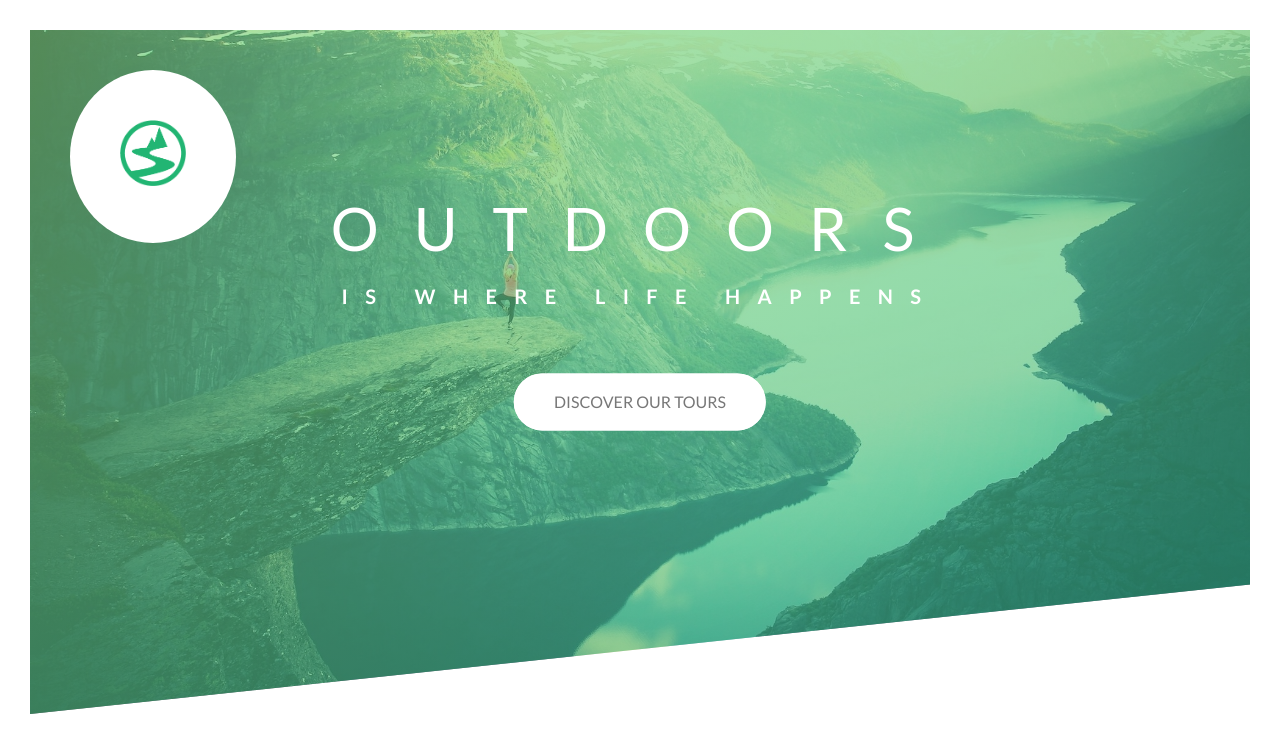
Repository: mukiSabljakovic/NatoursV1
Page: index.html
An editor plug-in stored every save of this project. The page is shown before and after a run of saves, followed by the edit.
The browser window is 1280 px wide. The pictures show the whole page.
Some web libraries are served in a nearby version.

Above is the page before, as saved 2020-05-11 16:28:40.

### index.html
<!DOCTYPE html>
<html lang="en">
    <head>
        <meta charset="UTF-8">
        <meta name="viewport" content="width=device-width, initial-scale=1.0">

        <link href="https://fonts.googleapis.com/css?family=Lato:100,300,400,700,900" rel="stylesheet">

        <link rel="stylesheet" href="https://use.fontawesome.com/releases/v5.13.0/css/all.css" integrity="sha384-Bfad6CLCknfcloXFOyFnlgtENryhrpZCe29RTifKEixXQZ38WheV+i/6YWSzkz3V" crossorigin="anonymous">
        <link rel="stylesheet" href="style.css">
        <link rel="stylesheet" href="css/style.css">
        <link rel="shortcut icon" type="image/png" href="img/favicon.png">

        <title>Natours | Exciting tours for adventurous people</title>
    </head>
    <body>
       <header class="header">
           <div class="logo-box">
               <img class="logo" src="img/logo.png" alt="Natours Logo">
           </div>

           <div class="text-box">
               <h1 class="heading-primary">
                   <span class="heading-primary-main">Outdoors</span>
                   <span class="heading-primary-sub">is where life happens</span>
               </h1>
               <a href="#" class="btn btn-white btn-animated">Discover our tours</a>
           </div>

       </header>

    </body>
</html>

### css/style.css
@import url('https://fonts.googleapis.com/css2?family=Lato:wght@300;400;900&display=swap');

/*
COLORS:

Light green: #7ed56f
Medium green: #55c57a
Dark green: #28b485

*/

/* Basic Reset */


* {
    margin: 0;
    padding: 0;
    box-sizing: border-box;
}

body {
    font-family: 'Lato', sans-serif;
    font-weight: 400;
    font-size: 16px;
    line-height: 1.7;
    color: #777;
    padding: 1.875rem;
}

.header {
    height: 95vh;
    background-image: linear-gradient(
        to right bottom,
        rgba(126, 213, 111, .6),
        rgba(40, 180, 133, .6)),
        url(../img/hero.jpg);
    background-size: cover;
    background-position: top;

    clip-path: polygon(0 0, 100% 0, 100% 77vh, 0 100%);
    position: relative;
}

.logo-box {
    position: absolute;
    top: 40px;
    left: 40px;
    background: white;
    border-radius: 100%;
    padding: 50px;
}

.logo {
    height: 66px;

}

.text-box {
    position: absolute;
    top: 40%;
    left: 50%;
    transform: translate(-50%, -50%);
    text-align: center;
}

.heading-primary {
    color: #fff;
    text-transform: uppercase;

    /* Fix animation shaking */
    backface-visibility: hidden;
    margin-bottom: 60px;
}

.heading-primary-main {
    display: block;
    font-size: 3.75rem;
    font-weight: 400;
    letter-spacing: 2.1875rem;

    animation-name: moveInLeft;
    animation-duration: 1s;
    animation-timing-function: ease-out;
}

.heading-primary-sub {
    display: block;
    font-size: 1.25rem;
    font-weight: 700;
    letter-spacing: 1.0875rem;

    animation: moveInRight 1s ease-out;
}

@keyframes moveInLeft {
    0% {
        opacity: 0;
        transform: translateX(-100%);
    }

    80% {
        transform: translateX(10px);
    }

    100% {
        opacity: 1;
        trannsform: translate(0);
    }
}

@keyframes moveInRight {
    0% {
        opacity: 0;
        transform: translateX(100%);
    }

    80% {
        transform: translateX(-10px);
    }

    100% {
        opacity: 1;
        transform: translate(0);
    }
}

@keyframes moveInBottom {
    0% {
        opacity: 0;
        transform: translateY(-30px);
    }

    100% {
        opacity: 1;
        transform: translate(0);
    }
}

.btn:link,
.btn:visited {
    text-transform: uppercase;
    text-decoration: none;
    padding: 15px 40px;
    display: inline-block;
    border-radius: 100px;
    transition: all .2s;
}

.btn:hover {
    transform: translateY(-3px);
    box-shadow: 0 10px 20px rgba(0, 0, 0, .2);
}

.btn:active {
    transform: translateY(-1px);
    box-shadow: 0 10px 10px rgba(0, 0, 0, .2);
}

.btn-white {
    background-color: #fff;
    color: #777;
    position: relative;
}

.btn::after {
    content: "";
    display: inline-block;
    height: 100%;
    width: 100%;
    border-radius: 100px;
    position: absolute;
    top: 0;
    left: 0;
    z-index: -1;
    transition: all .2s;
}

.btn-white::after {
    background-color: #fff;
}

.btn:hover::after {
    transform: scaleX(1.4) scaleY(1.6);
    opacity: 0;
}

.btn-animated {
    animation: moveInBottom .5s ease-out .75s;
    animation-fill-mode: backwards;
}

After the next 4 saves:
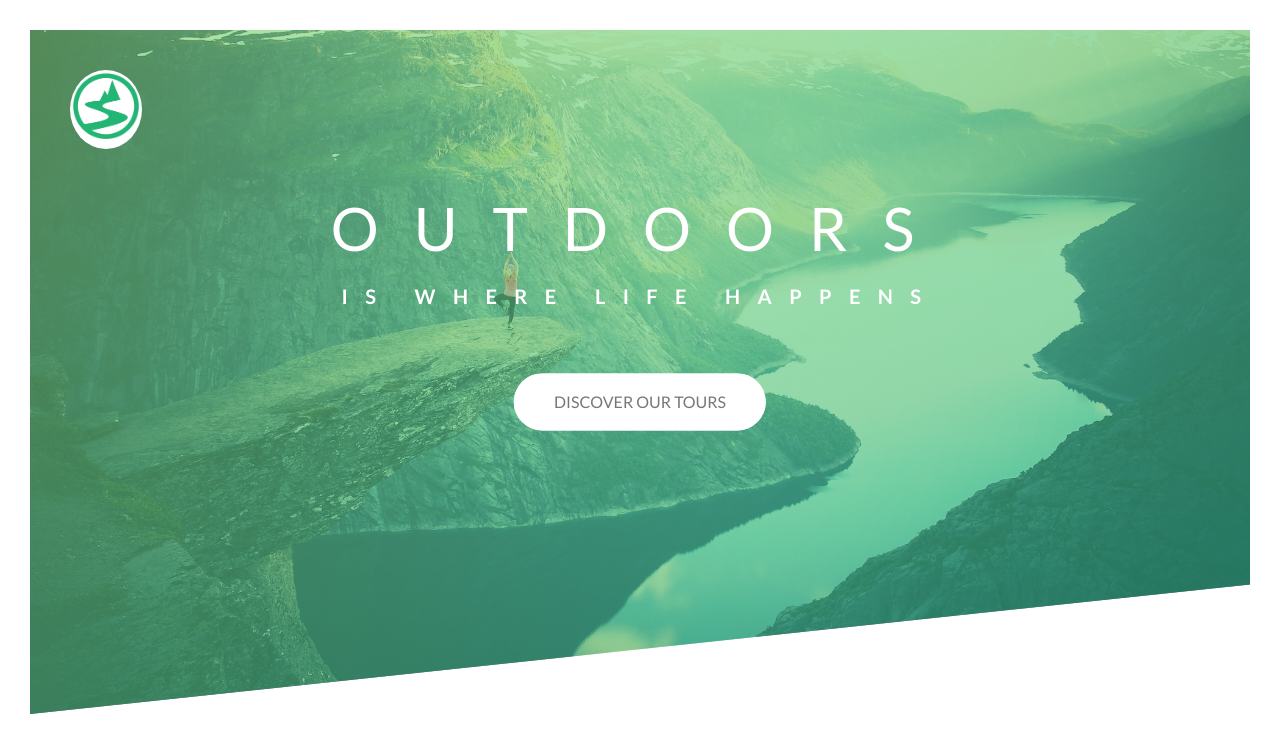
The 4 saves are shown as one change because they came seconds apart.
The last was saved 10 s later.
--- a/css/style.css
+++ b/css/style.css
@@ -47,7 +47,7 @@ body {
     left: 40px;
     background: white;
     border-radius: 100%;
-    padding: 50px;
+    padding: 3px;
 }
 
 .logo {
